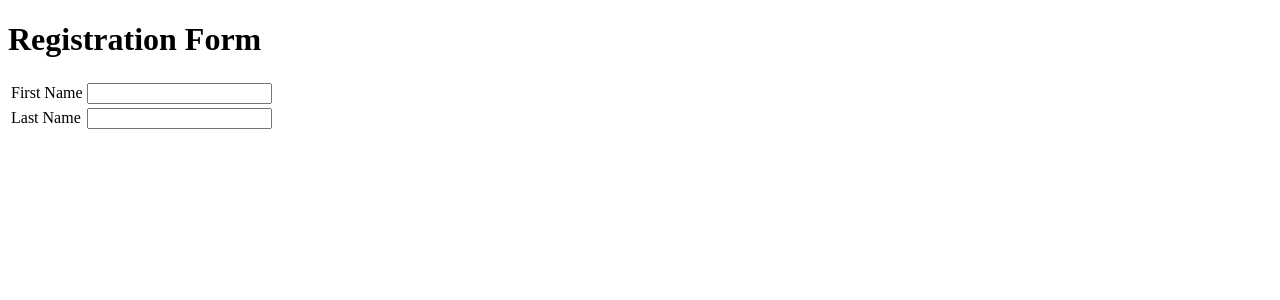
Repository: Laxman877/MyWorkspace
Page: Corejava/Learning_Web/src/main/webapp/division.html
The author's editor kept a copy of each file at every save. The page is drawn from the files as they stood at one save, then again after the next save.
The browser window is 1280 px wide. The pictures show the whole page.

Above is the page before, as saved 2022-04-27 05:00:36.

After the next save:
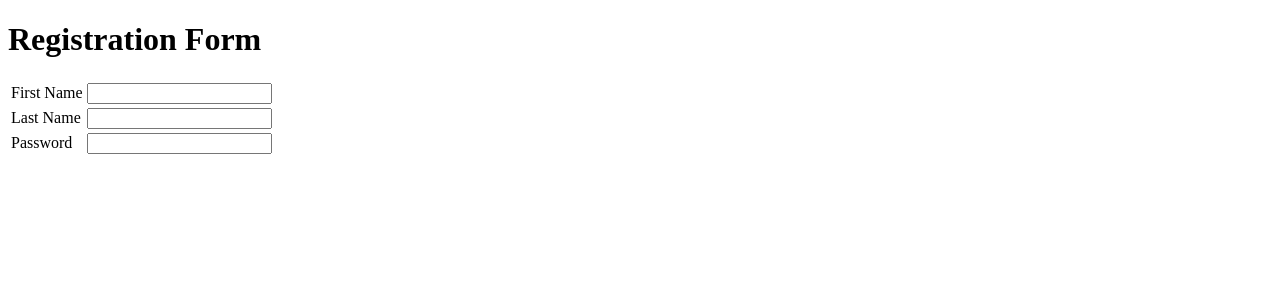
Saved 40 s later.
--- a/Corejava/Learning_Web/src/main/webapp/division.html
+++ b/Corejava/Learning_Web/src/main/webapp/division.html
@@ -20,6 +20,11 @@
 <td><input type="text" name="lname" class="textfield">
 </td>
 </tr>
+<tr>
+<td><label>Password</label></td>
+<td><input type="text" name="pass" class="textfield">
+</td>
+</tr>
 </table>
 </form>
 </body>
